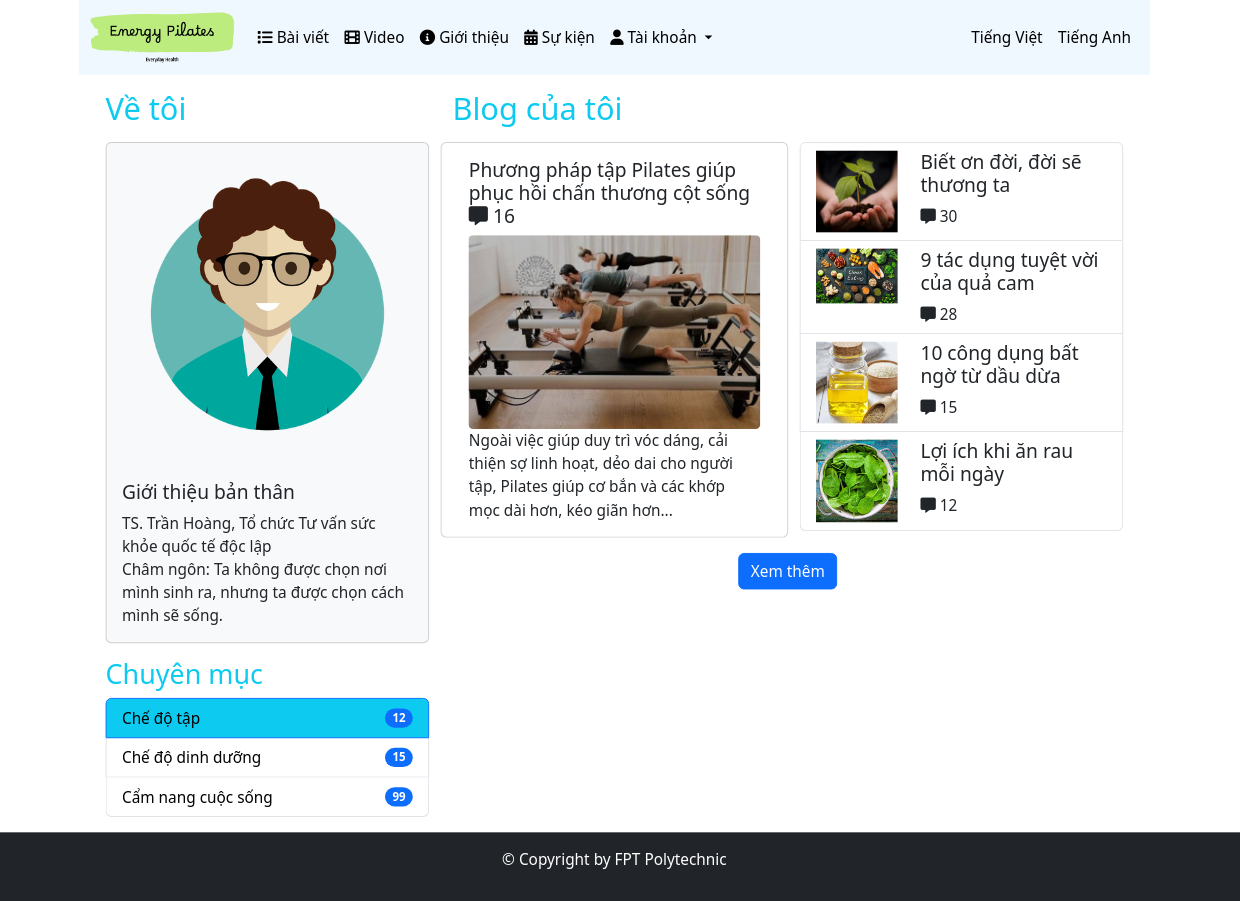
Repository: KizukoHeiwa/SOF308
Page: Lab1/index.html
These files come from the project's save history. The page is drawn as it stood at one moment and after the next save; the edit follows.
The browser window is 1280 px wide. The page is 1292 px wide, so the pictures cover 1292 px, including what lies to the right of the window. The pictures show the whole page, at 96% of full size.

Above is the page before, as saved 2024-10-31 10:55:08.

### Lab1/index.html
<!DOCTYPE html>
<html lang="en">
<head>
    <meta charset="UTF-8">
    <meta name="viewport" content="width=device-width, initial-scale=1.0">
    <title>FPT Polytechnic</title>
    <link href="https://cdn.jsdelivr.net/npm/bootstrap@5.3.3/dist/css/bootstrap.min.css" rel="stylesheet" integrity="sha384-QWTKZyjpPEjISv5WaRU9OFeRpok6YctnYmDr5pNlyT2bRjXh0JMhjY6hW+ALEwIH" crossorigin="anonymous">
    <script src="https://cdn.jsdelivr.net/npm/bootstrap@5.3.3/dist/js/bootstrap.bundle.min.js" integrity="sha384-YvpcrYf0tY3lHB60NNkmXc5s9fDVZLESaAA55NDzOxhy9GkcIdslK1eN7N6jIeHz" crossorigin="anonymous"></script>
    <link rel="stylesheet" href="https://cdnjs.cloudflare.com/ajax/libs/font-awesome/6.0.0-beta3/css/all.min.css">
    <style>
        header{
            background-color: aliceblue;
            /* box-shadow: 1px 1px 2px 1px lightgray; */
        }
        .nav-link{
            color: black;
        }
        .nav-link:hover{
            color: green;
        }
        .navbar-nav .nav-link.active, .navbar-nav .nav-link.show {
            color: green;
        }
        .button-wrapper{
            display: flex;
            justify-content: center;
            align-items: center;
        }
        .footer-content{
            color: white;
            text-align: center;
        }
    </style>

</head>
<body>
    <div class="container">
        <header>
            <nav class="navbar navbar-expand-sm">
                <div class="container">
                    <a class="navbar-brand" href="#">
                        <img src="img/logo-energy-pilates.png" alt="" style="width: 150px;">
                    </a>
                    <div class="collapse navbar-collapse" id="collapsibleNavbar">
                        <ul class="navbar-nav me-auto">
                            <li class="nav-item">
                                <a class="nav-link" href="#"><i class="fa-solid fa-list"></i> Bài viết</a>
                            </li>
                            <li class="nav-item">
                                <a class="nav-link" href="#"><i class="fa-solid fa-film"></i> Video</a>
                            </li>
                            <li class="nav-item">
                                <a class="nav-link" href="#"><i class="fa-solid fa-circle-info"></i> Giới thiệu</a>
                            </li>
                            <li class="nav-item">
                                <a class="nav-link" href="#"><i class="fa-solid fa-calendar-days"></i> Sự kiện</a>
                            </li>
                            <li class="nav-item dropdown">
                                <a class="nav-link dropdown-toggle" href="#" role="button" data-bs-toggle="dropdown">
                                    <i class="fa-solid fa-user"></i> Tài khoản
                                </a>
                                <ul class="dropdown-menu">
                                    <li><a class="dropdown-item" href="#">Đăng nhập</a></li>
                                    <li><a class="dropdown-item" href="#">Quên mật khẩu</a></li>
                                    <li><a class="dropdown-item" href="#">Đăng ký thành viên</a></li>
                                </ul>
                            </li>
                        </ul>
                        <ul class="navbar-nav d-flex">
                            <li class="nav-item">
                                <a class="nav-link">Tiếng Việt</a>
                            </li>
                            <li class="nav-item">
                                <a class="nav-link">Tiếng Anh</a>
                            </li>
                        </ul>
                    </div>
                </div>
            </nav>
        </header>
        <section class="row m-3">
            <aside class="col-sm-4">
                <div class="col-sm">
                    <h2 class="text-info mb-3">Về tôi</h2>
                    <div class="card mb-3 bg-light">
                        <img src="img/avatar.png" class="card-img-top" alt="">
                        <div class="card-body">
                            <h5 class="card-title">Giới thiệu bản thân</h5>
                            <p class="card-text">TS. Trần Hoàng, Tổ chức Tư vấn sức khỏe quốc tế độc lập <br>
                                Châm ngôn: Ta không được chọn nơi mình sinh ra, nhưng ta được chọn cách mình sẽ sống.
                            </p>
                        </div>
                    </div>

                    <h3 class="text-info mt-2">Chuyên mục</h3>
                    <ul class="list-group">
                        <li class="list-group-item active bg-info d-flex justify-content-between align-items-center">
                            <a class="nav-link" href="#">Chế độ tập</a>
                            <span class="badge bg-primary rounded-pill">12</span>
                        </li>
                        <li class="list-group-item d-flex justify-content-between align-items-center">
                            <a class="nav-link" href="#">Chế độ dinh dưỡng</a>
                            <span class="badge bg-primary rounded-pill">15</span>
                        </li>
                        <li class="list-group-item d-flex justify-content-between align-items-center">
                            <a class="nav-link" href="#">Cẩm nang cuộc sống</a>
                            <span class="badge bg-primary rounded-pill">99</span>
                        </li>
                    </ul>
                    <!-- end Chuyên mục -->
                </div>
            </aside>
            <article class="col-sm-8">
                <div class="row">
                        <h2 class="text-info mb-3">Blog của tôi</h2>
                        <div class="card col-sm-6">
                            <div class="card-body">
                                <h5 class="card-title">Phương pháp tập Pilates giúp phục hồi chấn thương cột sống <i class="fa-solid fa-message"></i> 16</h5>
                                <img src="img/tap-piltes.jpg" alt="" class="card-img">
                                <p class="card-text">Ngoài việc giúp duy trì vóc dáng, cải thiện sợ linh hoạt, dẻo dai cho người tập, Pilates giúp cơ bắn và các khớp mọc dài hơn, kéo giãn hơn...</p>
                            </div>
                        </div>
                        <div class="col-sm-6">
                            <ul class="list-group">
                                <li class="list-group-item d-flex justify-content-between align-items-start">
                                    <div class="row">
                                        <div class="col-4">
                                            <img src="img/corevalue.jpg" alt="" class="card-img">
                                        </div>
                                        <div class="col-8">
                                            <h5>Biết ơn đời, đời sẽ thương ta</h5>
                                            <span><i class="fa-solid fa-message"></i> 30</span>
                                        </div>
                                    </div>
                                </li>
                                <li class="list-group-item d-flex justify-content-between align-items-start">
                                    <div class="row">
                                        <div class="col-4">
                                            <img src="img/eat-clean.png" alt="" class="card-img">
                                        </div>
                                        <div class="col-8">
                                            <h5>9 tác dụng tuyệt vời của quả cam</h5>
                                            <span><i class="fa-solid fa-message"></i> 28</span>
                                        </div>
                                    </div>
                                </li>
                                <li class="list-group-item d-flex justify-content-between align-items-start">
                                    <div class="row">
                                        <div class="col-4">
                                            <img src="img/sesameoil_300x300.jpg" alt="" class="card-img">
                                        </div>
                                        <div class="col-8">
                                            <h5>10 công dụng bất ngờ từ dầu dừa</h5>
                                            <span><i class="fa-solid fa-message"></i> 15</span>
                                        </div>
                                    </div>
                                </li>
                                <li class="list-group-item d-flex justify-content-between align-items-start">
                                    <div class="row">
                                        <div class="col-4">
                                            <img src="img/spinach_300x300.jpg" alt="" class="card-img">
                                        </div>
                                        <div class="col-8">
                                            <h5>Lợi ích khi ăn rau mỗi ngày</h5>
                                            <span><i class="fa-solid fa-message"></i> 12</span>
                                        </div>
                                    </div>
                                </li>
                            </ul>
                        </div>
                    </div>
                    <div class="button-wrapper">
                        <button type="button" class="btn btn-primary m-3">Xem thêm</button>
                    </div>
                </div>
            </article>
        </section>
        <footer class="row bg-dark p-3">
            <p class="footer-content">&copy; Copyright by FPT Polytechnic</p>
        </footer>
    </div>
</body>
</html>

After the next save:
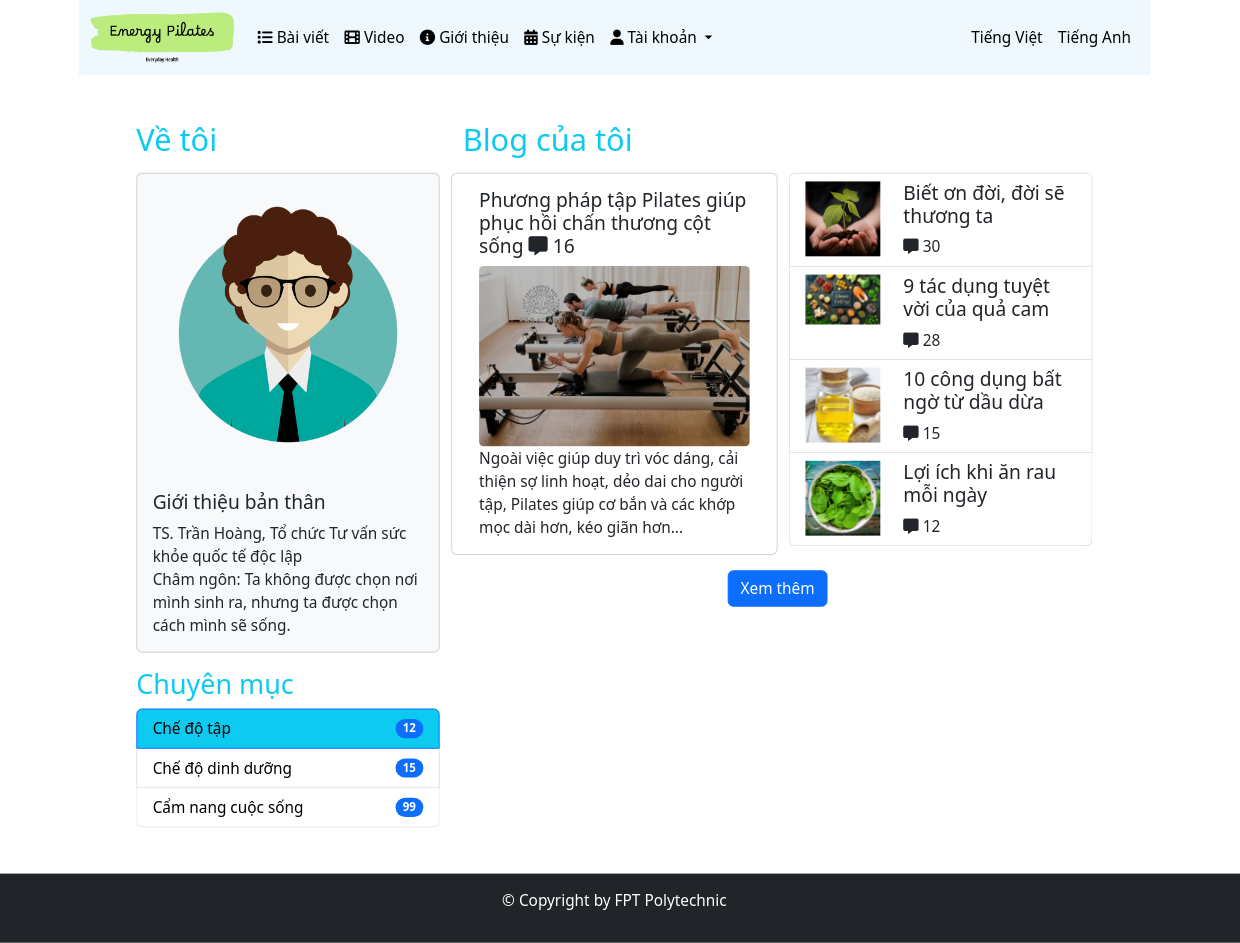
Saved 6 s later.
--- a/Lab1/index.html
+++ b/Lab1/index.html
@@ -78,7 +78,7 @@
                 </div>
             </nav>
         </header>
-        <section class="row m-3">
+        <section class="row m-5">
             <aside class="col-sm-4">
                 <div class="col-sm">
                     <h2 class="text-info mb-3">Về tôi</h2>
